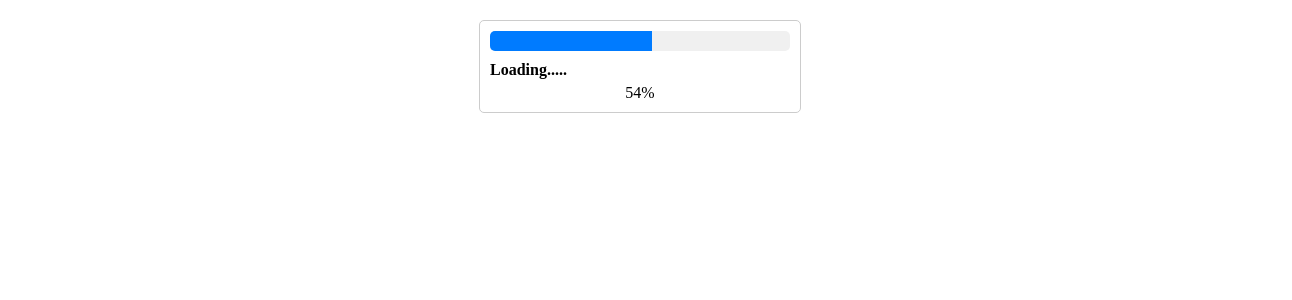
Repository: sriram1224/Loading_bar
Page: /
These files come from the project's save history. The page is drawn as it stood at one moment and after the next save; the edit follows.
The browser window is 1280 px wide. The page is 1280 px wide, then 1292 px, so the pictures cover 1292 px, including what lies to the right of the window. The pictures show the whole page.
The project was rebuilt for these pictures with package versions that can differ from the ones it lists, and the page was loaded fresh each time. Also part of the build but not shown: src/App.css.

Above is the page before, as saved 2024-04-22 04:32:13.

### src/index.css
.progress-bar-container {
  width: 300px;
  margin: 20px auto;
  border: 1px solid #ccc;
  border-radius: 5px;
  padding: 10px;
}

.progress-bar {
  width: 100%;
  height: 20px;
  background-color: #f0f0f0;
  border-radius: 5px;
  overflow: hidden;
}

.progress {
  height: 100%;
  background-color: #007bff;
}

.status {
  margin-top: 10px;
  font-weight: bold;
}

.percentage {
  margin-top: 5px;
  text-align: center;
}

### src/App.js
import logo from './logo.svg';
import './App.css';
import LocalTasker from './loader';
function App() {
  return (
    <div>
      <LocalTasker />
    </div>
  );
}

export default App;

### src/loader.js
import React, { useState, useEffect } from 'react';

const ProgressBar = () => {
  const [progress, setProgress] = useState(0);
  const [status, setStatus] = useState('Loading.....');

 useEffect(() => {
  const interval = setInterval(() => {
    if (progress < 100) {
      setProgress(prevProgress => {
        const nextProgress = prevProgress + 1;
        return nextProgress > 100 ? 100 : nextProgress;
      });
    } else {
      clearInterval(interval);
      setStatus('Completed');
    }
  }, 100);

  return () => clearInterval(interval);
}, [progress]); // Include progress in the dependency array

  return (
    <div className="progress-bar-container">
      <div className="progress-bar">
        <div className="progress" style={{ width: `${progress}%` }} />
      </div>
      <div className="status">
        {status}
      </div>
      <div className="percentage">{progress}%</div>
    </div>
  );
};

export default ProgressBar;

Loaded but not shown: public/index.html (common file); src/index.js (common file); src/reportWebVitals.js (common file)

After the next save:
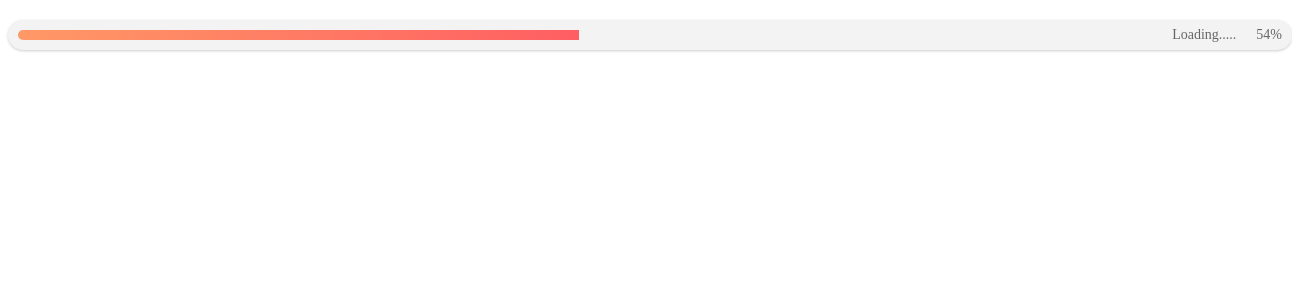
Saved 55 s later.
--- a/src/index.css
+++ b/src/index.css
@@ -1,30 +1,37 @@
 .progress-bar-container {
-  width: 300px;
-  margin: 20px auto;
-  border: 1px solid #ccc;
-  border-radius: 5px;
-  padding: 10px;
+  width: 100%;
+  height: 30px;
+  background-color: #f3f3f3;
+  border-radius: 50px;
+  box-shadow: 0 1px 3px rgba(0, 0, 0, 0.2);
+  margin: 20px 0;
+  display: flex;
+  align-items: center;
+  justify-content: space-between;
+  padding: 0 10px;
 }
 
 .progress-bar {
   width: 100%;
-  height: 20px;
-  background-color: #f0f0f0;
-  border-radius: 5px;
+  height: 10px;
+  border-radius: 50px;
   overflow: hidden;
 }
 
 .progress {
   height: 100%;
-  background-color: #007bff;
+  background: linear-gradient(to right, #ff9966 0%, #ff5e62 100%);
+  transition: width 0.4s ease-in-out;
 }
 
 .status {
-  margin-top: 10px;
-  font-weight: bold;
+  margin-left: 20px;
+  font-size: 14px;
+  color: #666;
 }
 
 .percentage {
-  margin-top: 5px;
-  text-align: center;
+  margin-left: 20px;
+  font-size: 14px;
+  color: #666;
 }
